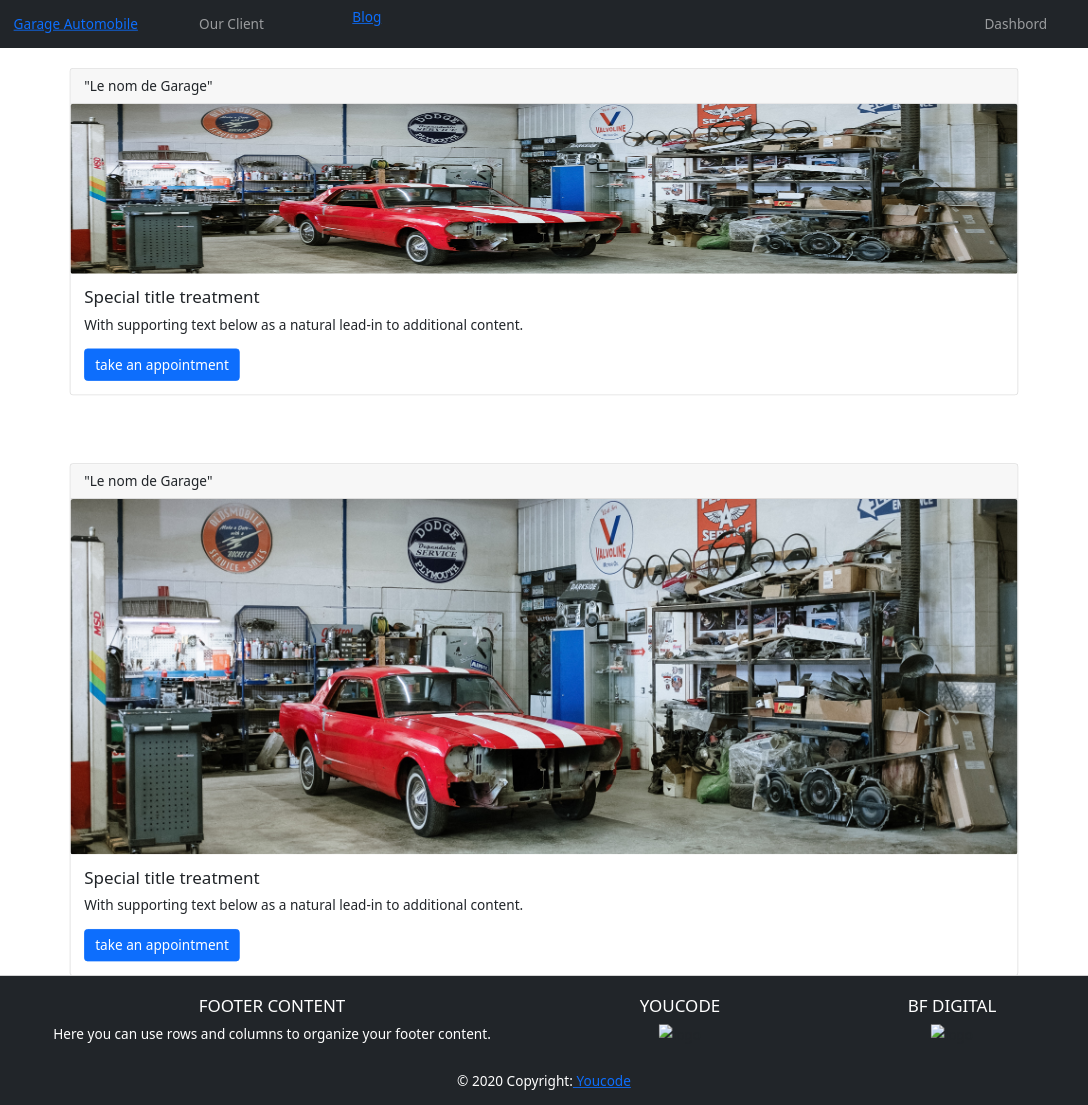
Repository: abdelhak-f/Fil-Rouge
Page: /blog (app in client/)
These files come from the project's save history. The page is drawn as it stood at one moment and after the next save; the edit follows.
The browser window is 1280 px wide. The pictures show the whole page, at 85% of full size.
The project was rebuilt for these pictures with package versions that can differ from the ones it lists, and the page was loaded fresh each time. Also part of the build but not shown: client/src/components/Text.jsx, client/src/components/forms/FirstFrontForm.jsx, client/src/components/Body.jsx.

Above is the page before, as saved 2021-09-07 17:01:27.

### client/public/index.html
<!DOCTYPE html>
<html lang="en">
  <head>
    <meta charset="utf-8" />
    <link rel="icon" href="%PUBLIC_URL%/favicon.ico" />
    <meta name="viewport" content="width=device-width, initial-scale=1" />
    <meta name="theme-color" content="#000000" />
    <meta
      name="description"
      content="Web site created using create-react-app"
    />
    <!--   import bootstrao  -->
    <link
  rel="stylesheet"
  href="https://cdn.jsdelivr.net/npm/bootstrap@5.1.0/dist/css/bootstrap.min.css"
  integrity="sha384-KyZXEAg3QhqLMpG8r+8fhAXLRk2vvoC2f3B09zVXn8CA5QIVfZOJ3BCsw2P0p/We"
  crossorigin="anonymous"
  />

    <link rel="apple-touch-icon" href="%PUBLIC_URL%/logo192.png" />
    <!--
      manifest.json provides metadata used when your web app is installed on a
      user's mobile device or desktop. See https://developers.google.com/web/fundamentals/web-app-manifest/
    -->
    <link rel="manifest" href="%PUBLIC_URL%/manifest.json" />
    <!--
      Notice the use of %PUBLIC_URL% in the tags above.
      It will be replaced with the URL of the `public` folder during the build.
      Only files inside the `public` folder can be referenced from the HTML.

      Unlike "/favicon.ico" or "favicon.ico", "%PUBLIC_URL%/favicon.ico" will
      work correctly both with client-side routing and a non-root public URL.
      Learn how to configure a non-root public URL by running `npm run build`.
    -->
    <title>React App</title>
  </head>
  <body>
    <noscript>You need to enable JavaScript to run this app.</noscript>
    <div id="root"></div>
    <!--
      This HTML file is a template.
      If you open it directly in the browser, you will see an empty page.

      You can add webfonts, meta tags, or analytics to this file.
      The build step will place the bundled scripts into the <body> tag.

      To begin the development, run `npm start` or `yarn start`.
      To create a production bundle, use `npm run build` or `yarn build`.
    -->
  </body>
</html>

### client/src/index.js
import React from 'react';
import ReactDOM from 'react-dom';
import './index.css';
import App from './App';
import reportWebVitals from './reportWebVitals';

// import bootstrap
import 'bootstrap/dist/css/bootstrap.min.css';

ReactDOM.render(
  <React.StrictMode>
    <App />
  </React.StrictMode>,
  document.getElementById('root')
);

// If you want to start measuring performance in your app, pass a function
// to log results (for example: reportWebVitals(console.log))
// or send to an analytics endpoint. Learn more: https://bit.ly/CRA-vitals
reportWebVitals();

### client/src/App.js
// import './App.css';
import React from 'react';

import Navbar from './components/Nnavbar';
import Body from './components/Body';
import Footer from './components/Footer';
import Blog from './components/Blog';

import { BrowserRouter as Router, Switch, Route } from 'react-router-dom';






function App() {
  return (


    <>
<Router>

     <Navbar />




    <Switch>
    <Route  path="/" exact component={Body} />
       <Route  path="/Blog" component={Blog} />
    </Switch>

    <Footer/>
</Router>
    </>

  );
}

export default App;

### client/src/components/Nnavbar.jsx
import React from 'react';
import { NavLink } from 'react-router-dom';

import * as ReactBootstrap from 'react-bootstrap';









function Navbar() {
    return(
      <>

            <ReactBootstrap.Navbar className="mb-5" collapseOnSelect expand="lg" bg="dark" variant="dark" fixed="top">

 <NavLink className="mx-3" to="/">Garage Automobile</NavLink>
 <ReactBootstrap.Navbar.Toggle aria-controls="responsive-navbar-nav" />
 <ReactBootstrap.Navbar.Collapse id="responsive-navbar-nav">
   <ReactBootstrap.Nav className="me-auto">
     <ReactBootstrap.Nav.Link className="mx-5" href="#features">Our Client</ReactBootstrap.Nav.Link>
     <NavLink  className="px-5" to="/blog">Blog</NavLink>
     {/* <ReactBootstrap.NavDropdown title="Dropdown" id="collasible-nav-dropdown">
       <ReactBootstrap.NavDropdown.Item href="#action/3.1">Action</ReactBootstrap.NavDropdown.Item>
       <ReactBootstrap.NavDropdown.Item href="#action/3.2">Another action</ReactBootstrap.NavDropdown.Item>
       <ReactBootstrap.NavDropdown.Item href="#action/3.3">Something</ReactBootstrap.NavDropdown.Item>
       <ReactBootstrap.NavDropdown.Divider />
       <ReactBootstrap.NavDropdown.Item href="#action/3.4">Separated link</ReactBootstrap.NavDropdown.Item>
     </ReactBootstrap.NavDropdown> */}
   </ReactBootstrap.Nav>
   <ReactBootstrap.Nav>
     <ReactBootstrap.Nav.Link href="#deets" className="px-5" > Dashbord</ReactBootstrap.Nav.Link>
     {/* <ReactBootstrap.Nav.Link eventKey={2} href="#memes">
       Admin
     </ReactBootstrap.Nav.Link> */}
   </ReactBootstrap.Nav>
 </ReactBootstrap.Navbar.Collapse>

</ReactBootstrap.Navbar>





</>

    )
}

export default Navbar ;

### client/src/components/Footer.jsx
import React from "react";


function Footer () {
    return(
<footer  className="pt-4 page-footer font-small blue bg-dark ">
    <div className="text-center container-fluid text-md-left ">
        <div className="row">
            <div className="mt-3 text-white col-md-6 mt-md-0">
                <h5 className=" text-uppercase">Footer Content</h5>
                <p >Here you can use rows and columns to organize your footer content.</p>
            </div>

            <hr className="clearfix pb-0 w-100 d-md-none"/>

            <div className="mb-3 col-md-3 mb-md-0">
                <h5 className="text-white text-uppercase">Youcode</h5>
                <img src="" alt="logo" width={300} /></div>

            <div className="mb-3 col-md-3 mb-md-0">
                <h5 className="text-white text-uppercase " >BF Digital</h5>
                <img src="" alt="logo" width={300} />
            </div>
        </div>
    </div>

    <div className="py-3 text-center text-white footer-copyright " >© 2020 Copyright:
        <a href="https://www.youcode.ma/"> Youcode</a>
    </div>

</footer>
)

}

export default Footer

### client/src/components/Blog.jsx
import React from 'react'
import './css/style.css';
import {Container,Card, Button} from 'react-bootstrap';
import image from '../images/image.jpg';

function Blog() {
  return (

     <Container  className="Blog" >
         {/* first blog */}
         <Card >
           <Card.Header  >"Le nom de Garage"  </Card.Header>
            <Card.Img style={{ height: '200px' }} src={image} />
            <Card.Body>
            <Card.Title>Special title treatment</Card.Title>
            <Card.Text>
                 With supporting text below as a natural lead-in to additional content.
            </Card.Text>
            <Button variant="primary">take an appointment</Button>
           </Card.Body>
        </Card>

        <Card className="Blog">
           <Card.Header  >"Le nom de Garage"  </Card.Header>
            <Card.Img  src={image} />
            <Card.Body>
            <Card.Title>Special title treatment</Card.Title>
            <Card.Text>
                 With supporting text below as a natural lead-in to additional content.
            </Card.Text>
            <Button variant="primary">take an appointment</Button>
           </Card.Body>
        </Card>

        {/* second blog */}

     </Container>


  )

}

export default Blog

### client/src/components/css/style.css

.Blog {
    margin-top: 5rem;
  }

Loaded but not shown: client/src/index.css (common file); client/src/reportWebVitals.js (common file)

After the next save:
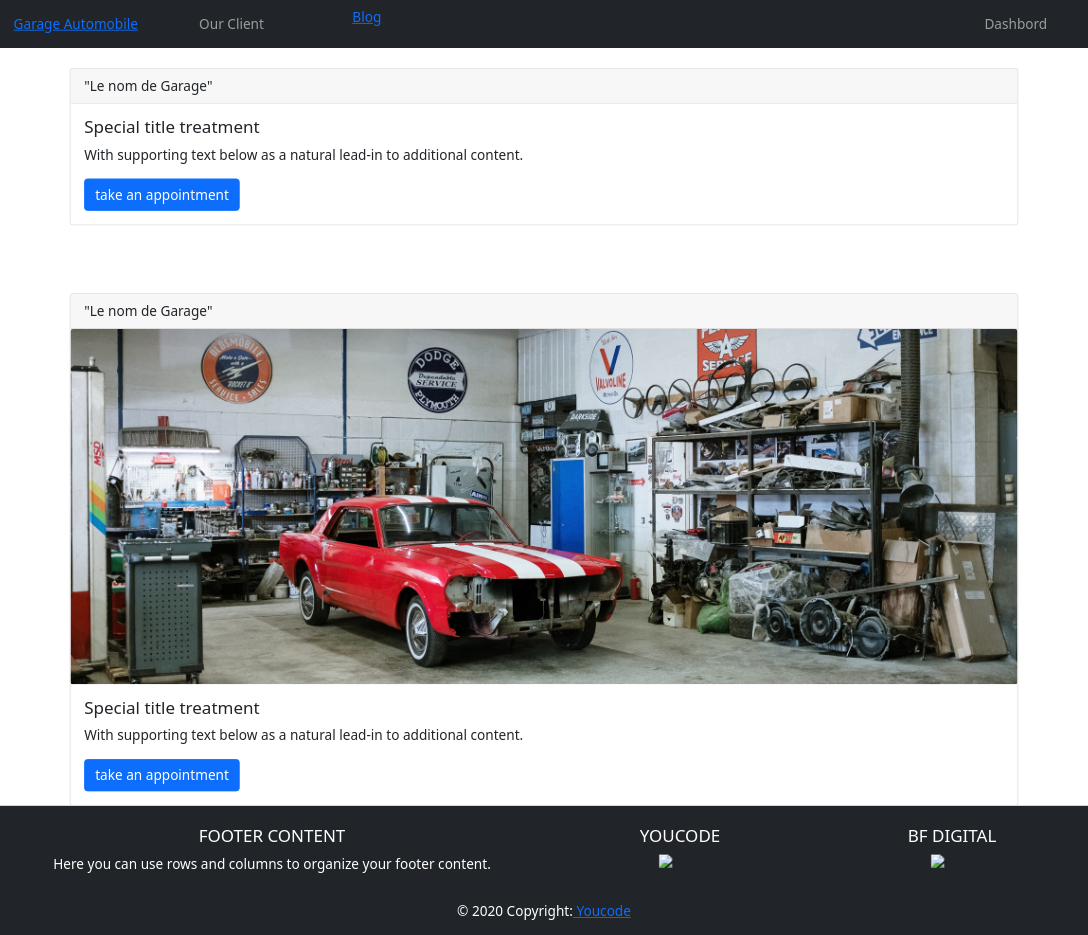
Saved 5 s later.
--- a/client/src/components/Blog.jsx
+++ b/client/src/components/Blog.jsx
@@ -10,7 +10,7 @@ function Blog() {
          {/* first blog */}
          <Card >
            <Card.Header  >"Le nom de Garage"  </Card.Header>
-            <Card.Img style={{ height: '200px' }} src={image} />
+            <Card.Img style={{ height: '00px' }} src={image} />
             <Card.Body>
             <Card.Title>Special title treatment</Card.Title>
             <Card.Text>
